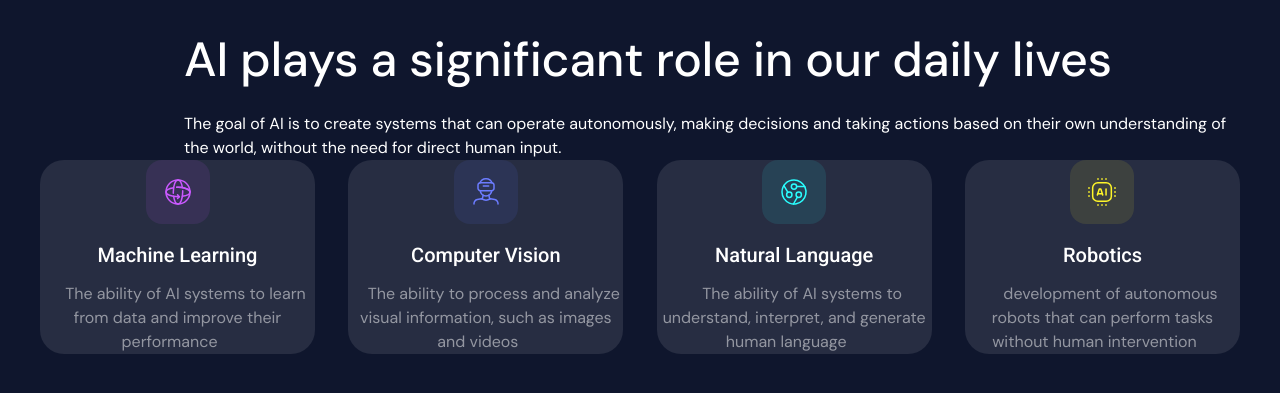
Repository: alphatra/INVO-Academy
Page: / (app in [lvl 1] Sekcja 4 obszarów AI/Starter-code/)
These files come from the project's save history. The page is drawn as it stood at one moment and after the next save; the edit follows.
The browser window is 1280 px wide. The pictures show the whole page.
The project was rebuilt for these pictures with package versions that can differ from the ones it lists, and the page was loaded fresh each time.

Above is the page before, as saved 2023-02-24 13:05:04.
Console error: TypeError: Cannot read properties of null (reading 'addEventListener')

After the next save:
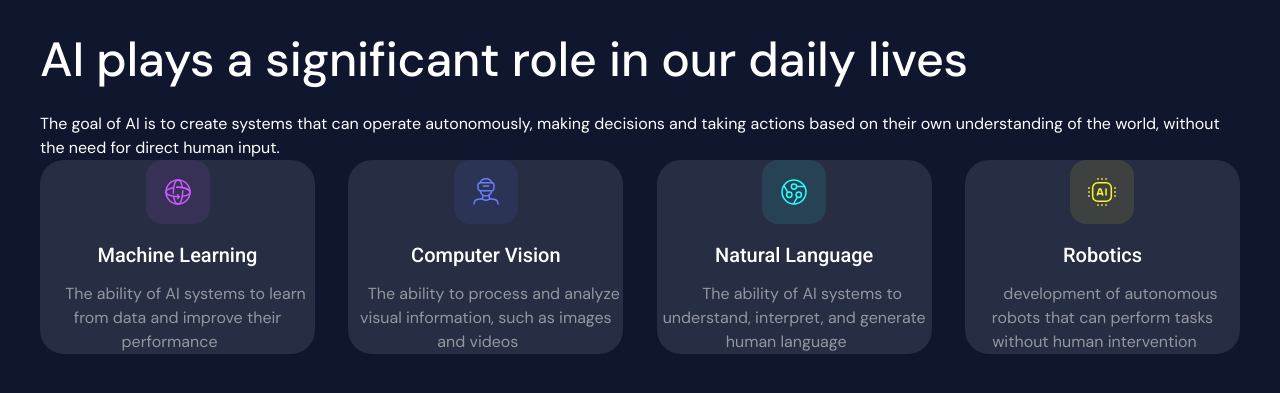
Saved 17 s later.
--- a/[lvl 1] Sekcja 4 obszarów AI/Starter-code/src/pages/home-page/styles/home-page.scss
+++ b/[lvl 1] Sekcja 4 obszarów AI/Starter-code/src/pages/home-page/styles/home-page.scss
@@ -18,7 +18,6 @@
     }
 
     .header {
-        margin-left: 9em;
         &__text {
             h1 {
                 font-size: 48px;
